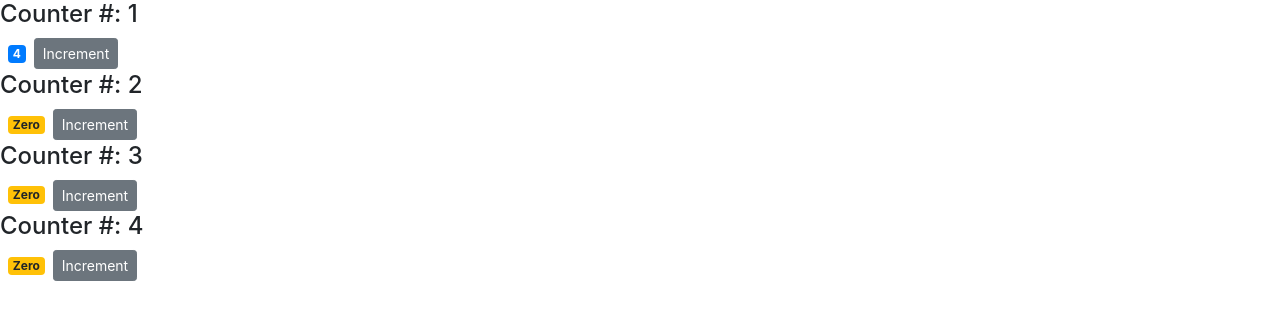
Repository: smk87/First-React-App
Page: /
These files come from the project's save history. The page is drawn as it stood at one moment and after the next save; the edit follows.
The browser window is 1280 px wide. The pictures show the whole page.
The project was rebuilt for these pictures with package versions that can differ from the ones it lists, and the page was loaded fresh each time. Also part of the build but not shown: src/App.css, src/App.js.

Above is the page before, as saved 2019-01-05 14:05:31.

After the next save:
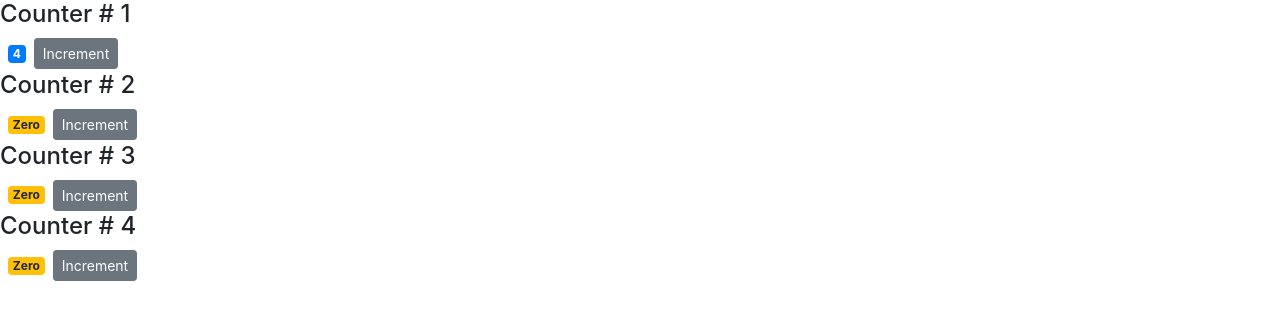
Saved 7 s later.
--- a/src/components/counters.jsx
+++ b/src/components/counters.jsx
@@ -15,7 +15,7 @@ class Counters extends Component {
       <div>
         {this.state.counters.map(counter => (
           <Counter key={counter.id} value={counter.value}>
-            <h4>Counter #: {counter.id}</h4>
+            <h4>Counter # {counter.id}</h4>
           </Counter>
         ))}
       </div>
